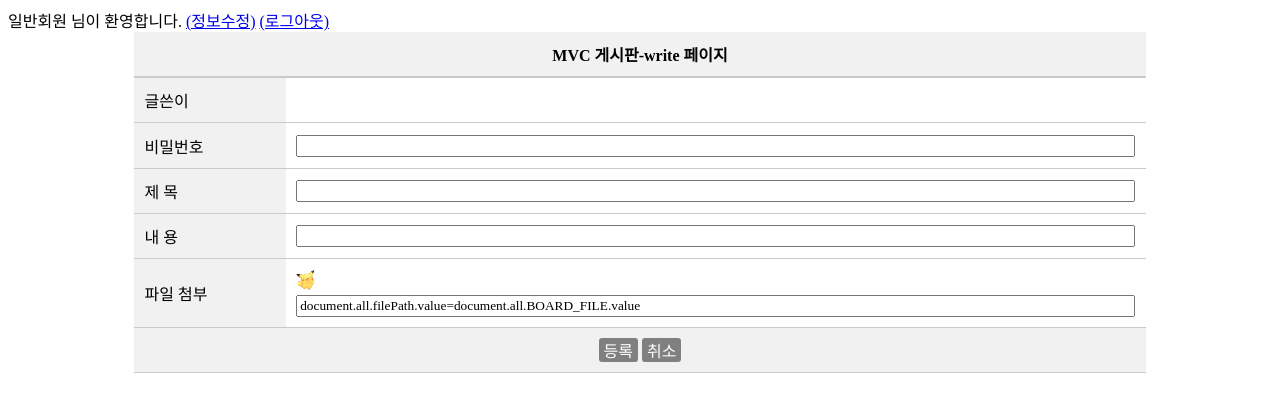
Repository: rumor1993/KH1
Page: http://localhost/Board/board/qna_board_write.jsp
These files come from the project's save history. The page is drawn as it stood at one moment and after the next save; the edit follows.
The browser window is 1280 px wide. The pictures show the whole page.
The page is served by Tomcat 9. Other server files are loaded and not shown. The template is opened directly, without the code that normally fills it, so the values that code supplies are empty.

Above is the page before, as saved 2018-05-10 00:53:52.

### Board/WebContent/board/qna_board_write.jsp
<%@ page language="java" contentType="text/html; charset=EUC-KR"
    pageEncoding="EUC-KR"%>
<!DOCTYPE html>
<html>
<head>
<title>Insert title here</title>

	<script src = "http://code.jquery.com/jquery-3.3.1.js"></script>

</head>
<link href="css/form.css" rel="stylesheet">
<body>
	<%@ include file="/board/header.jsp" %>
	<form action="./BoardAddAction.bo" method="post"
			enctype="multipart/form-data" name="boardform">
		<table>
			<tr class="center">
				<th colspan="2">MVC 게시판-write 페이지</th>
			</tr>
			<tr>
				<td><div>글쓴이</div></td>
				<td>
					<input name="BOARD_NAME" id="board_name" readOnly
					type="text" size="10" maxlength="30" value="${id }">
				</td>
			</tr>
			<tr>
				<td>
					<div>비밀번호</div>
				</td>
				<td>
					<input name="BOARD_PASS" id="board_pass" type="password" size="10"
					maxlength="30" value="">
				</td>
			</tr>

			<tr>
				<td>
					<div>제 목</div>
				</td>
				<td>
					<input name="BOARD_SUBJECT" id="board_subject" type="text" size="50"
					maxlength="100" value="">
				</td>
			</tr>

			<tr>
				<td>
					<div>내 용</div>
				</td>
				<td>
					<input name="BOARD_CONTENT" id="board_content" type="text" size="10"
					maxlength="500" value="">
				</td>
			</tr>

			<tr>
				<td>
					<div>파일 첨부</div>
				</td>
				<td>
					<input name="BOARD_FILE" id="upfile" type="file">
					<img src="./image/image.png" onclick="document.all.BOARD_FILE.click()" >
					<input type="text" name="filePath" value= document.all.filePath.value=document.all.BOARD_FILE.value readonly>
				</td>
			</tr>

			<tr class="center">
				<td colspan="2" class="h30 lime">
					<input type=submit value="등록">
					<input type=reset value="취소">
				</td>
			</tr>
		</table>
	</form>
</body>
</html>

### Board/WebContent/board/header.jsp
<%@ page language="java" contentType="text/html; charset=EUC-KR"
    pageEncoding="EUC-KR"%>
<%@ taglib prefix="c"
	uri="http://java.sun.com/jsp/jstl/core" %>
<!DOCTYPE html>
<html>
<head>
<title>Insert title here</title>
</head>
<body>
<%
	request.setCharacterEncoding("euc-kr");
%>
	<c:choose>
		<c:when test="${id!='admin' }">
			<span>일반회원 ${sessionScope.id }님이 환영합니다.</span> <a href = "member_update.net">(정보수정)</a> <a href = "logout.net">(로그아웃)</a><br>
		</c:when>

		<c:otherwise>
			<span>관리자 ${sessionScope.id }님 환영합니다.</span> <a href = "member_update.net">(정보수정)</a>
			<a href = "member_list.net">관리자모드 접속(회원 목록 보기)</a>
			 <a href = "BoardList.bo">(게시판)</a><br>
		</c:otherwise>
	</c:choose>

<%-- 	<div id="header">
		<c:if test="${empty id }">
			<script>
				location.href="login.net";
			</script>
		</c:if>
		<c:if test="${!empty id }">
			<c:if test="${id=='admin' }">
				<span> 관리자 ${id } 님 환영합니다.></span>
			</c:if>
			<c:if test="${id!='admin' }">
				<span>일반회원 ${id } 님 환영합니다.</span>
			</c:if>
		</c:if>
		</div>
--%>



	<%--
	<%
	if(!id.equals("admin")){
	%>
		<span>일반회원 <%=id %>님이 환영합니다.</span> <a href = "update.jsp">(정보수정)</a> <a href = "logout.jsp">(로그아웃)</a><br>
	<%
	}else{
	%>
		<%
	}
	%> --%>
</body>
</html>

### Board/WebContent/css/form.css
@CHARSET "EUC-KR";
*{box-sizing:border-box;}
table{margin:0 auto;width:80% ;border-collapse:collapse;}
td{border-bottom:1px solid #cdc9c9;padding:1%;}
tr:nth-child(1){border-bottom:2px solid #cdc9c9; height:20px;}
td:nth-child(1){width:15%;    background-color: #f1f1f1;}
th{background:#f1f1f1;padding:1% 0.5%;}
input, td{font-family:돋음; font-size:18; }
.center{text-align:center}
.center a, input[type=submit],input[type=reset],input[type=button]
{display:inline-block;background:gray;color:white;text-decoration:none;padding:0 5px;font-size:16px;border:none}
.center a:hover,input[type=submit]:hover,input[type=reset]:hover,input[type=button]:hover{opacity:0.8}
input[type=text], input[type=password]{width:100%;}
input[type=submit],input[type=reset]{border-radius:3px}
textarea{width:100%}
input[name="BOARD_NAME"]{border:none}
#upfile{display:none}
img{width:20px;}

After the next save:
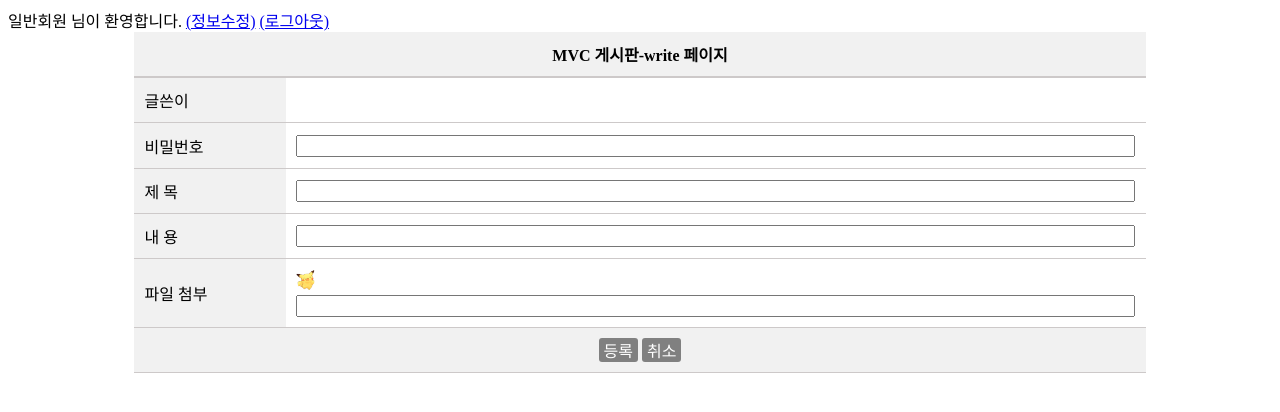
Saved 4 min 6 s later.
--- a/Board/WebContent/board/qna_board_write.jsp
+++ b/Board/WebContent/board/qna_board_write.jsp
@@ -60,8 +60,8 @@
 				</td>
 				<td>
 					<input name="BOARD_FILE" id="upfile" type="file">
-					<img src="./image/image.png" onclick="document.all.BOARD_FILE.click()" >
-					<input type="text" name="filePath" value= document.all.filePath.value=document.all.BOARD_FILE.value readonly>
+					<img src="./image/image.png" onclick="document.all.BOARD_FILE.click(); document.all.filePath.value=document.all.BOARD_FILE.value" >
+					<input type="text" name="filePath" readonly>
 				</td>
 			</tr>
 
